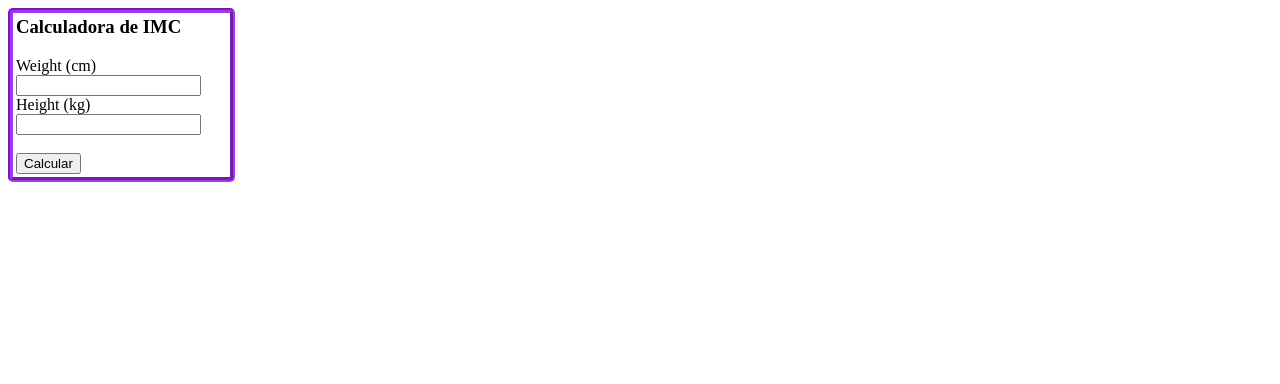
Repository: Patriciamativi/Projetos
Page: index.html
These files come from the project's save history. The page is drawn as it stood at one moment and after the next save; the edit follows.
The browser window is 1280 px wide. The pictures show the whole page.

Above is the page before, as saved 2022-11-21 15:08:23.

After the next save:
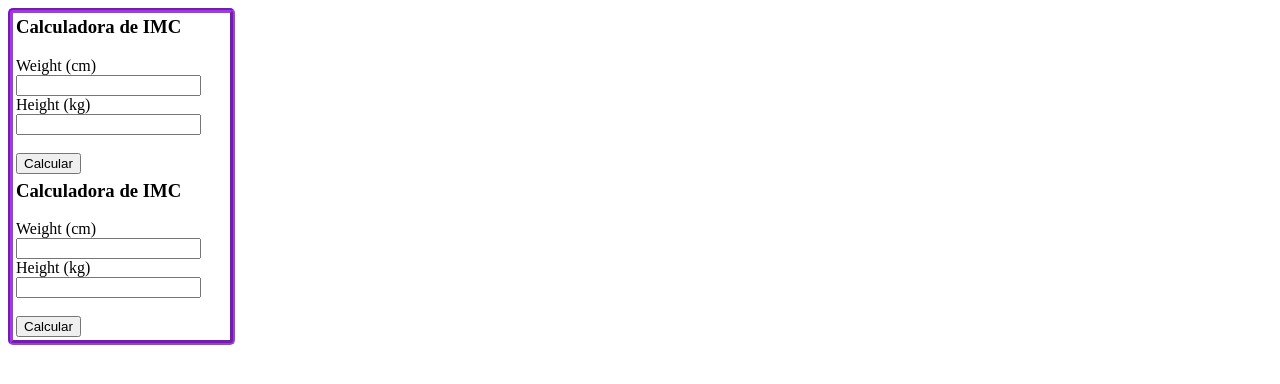
Saved 60 s later.
--- a/index.html
+++ b/index.html
@@ -32,6 +32,21 @@
             <input type= "submit" value="Calcular"> </td> </tr>
 
     </table>
+
+    <table border="0">
+        <body>
+             <tr>
+                <td> <h3>Calculadora de IMC</h3>
+
+                Weight (cm)<br/>
+                <input type: "number" > </br>
+
+                Height (kg)<br/>
+                <input type: "number" > </br> </br>
+
+                <input type= "submit" value="Calcular"> </td> </tr>
+
+        </table>
 </p>
 </body>
 </html>
